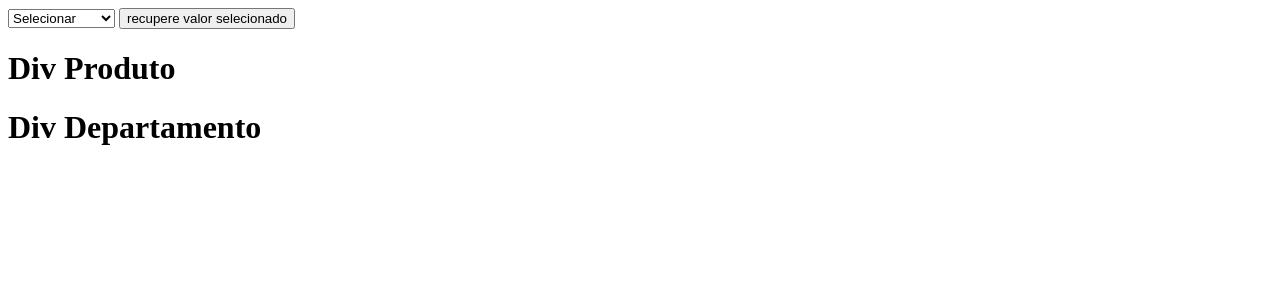
Repository: edsonjuniornarvaes/events-utils
Page: resources/views/show-hide-divs/show-hide-divs.page.html
These files come from the project's save history. The page is drawn as it stood at one moment and after the next save; the edit follows.
The browser window is 1280 px wide. The pictures show the whole page.

Above is the page before, as saved 2020-07-27 20:36:12.
Not found: public/assets/js/development/sections/show/show.event.js

### resources/views/show-hide-divs/show-hide-divs.page.html
<!DOCTYPE html>
<html>
  <head>
    <title></title>
    <script type="text/javascript" src="https://cdnjs.cloudflare.com/ajax/libs/jquery/3.4.1/jquery.min.js"></script>
  </head>
  <body>
    <select id="m-select">
      <option value="">Selecionar</option>
      <option value="0">Produto</option>
      <option value="1">Departamento</option>
    </select>

    <button id="btn-comissao">recupere valor selecionado</button>

    <div id="d1" data-comissao-produto>
      <h1>Div Produto</h1>
    </div>
    <div id="d2" data-comissao-departamento>
      <h1>Div Departamento</h1>
    </div>
  </body>
  <script src="../../../public/assets/js/development/sections/show/show.event.js"></script>
</html>

### public/assets/js/development/sections/show-hide-divs/show-hide-divs.event.js
$("[data-comissao-produto]").hide();
$("[data-comissao-departamento]").hide();

$("#btn-comissao").on("click", function() {
  var opcao_selecionada = $("#m-select option:selected").val();
  console.log(opcao_selecionada);

  if (opcao_selecionada == 0) {
    $("[data-comissao-produto]").show();
    $("[data-comissao-departamento]").hide();
  }

  if (opcao_selecionada == 1) {
    $("[data-comissao-departamento]").show();
    $("[data-comissao-produto]").hide();
  }

});

After the next save:
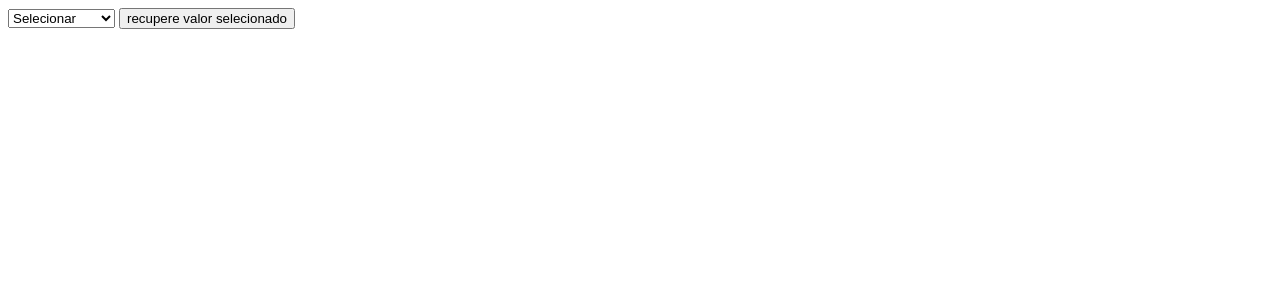
Saved 5 s later.
--- a/resources/views/show-hide-divs/show-hide-divs.page.html
+++ b/resources/views/show-hide-divs/show-hide-divs.page.html
@@ -20,5 +20,5 @@
       <h1>Div Departamento</h1>
     </div>
   </body>
-  <script src="../../../public/assets/js/development/sections/show/show.event.js"></script>
+  <script src="../../../public/assets/js/development/sections/show-hide-divs/show-hide-divs.event.js"></script>
 </html>
